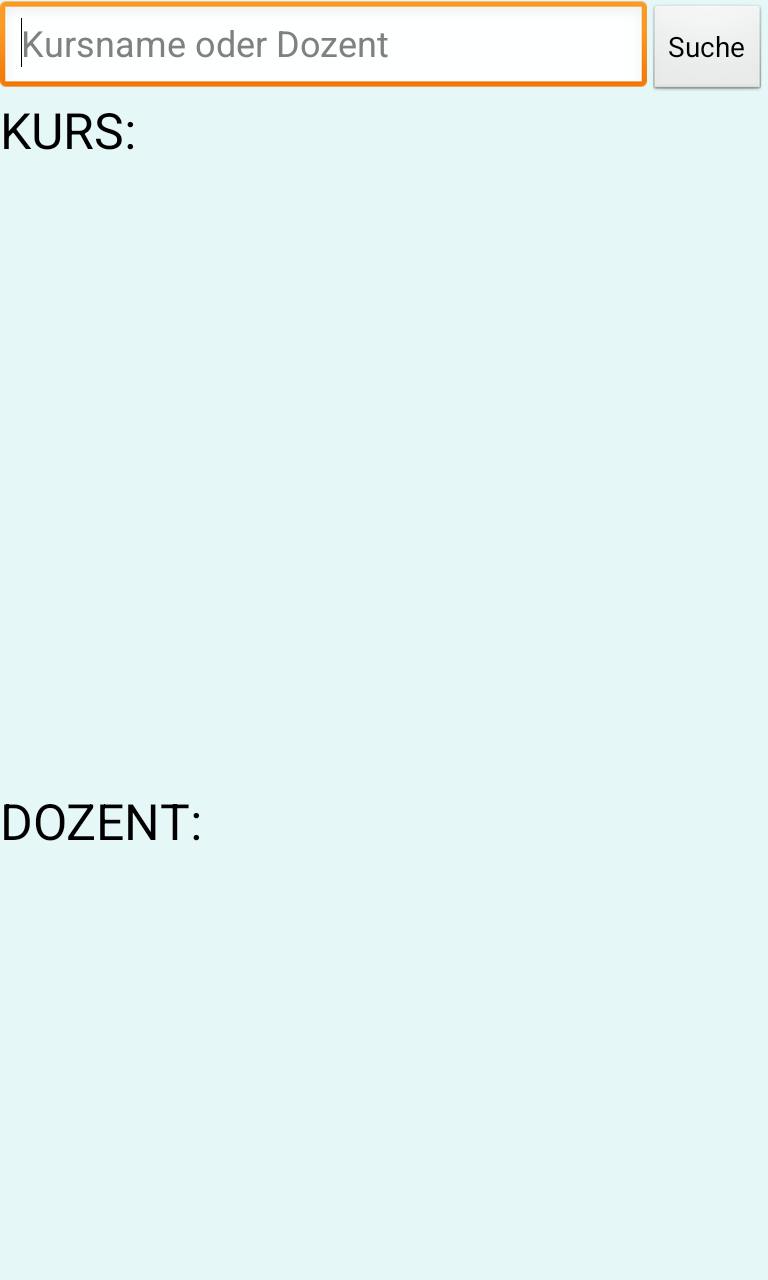
Repository: georgleber/IliConnect
Layout: IliConnect/res/layout/suche_layout.xml
These files come from the project's save history. The layout is drawn as it stood at one moment and after the next save; the edit follows.
It is drawn on a 768 x 1280 px phone screen (xhdpi) without system bars, with theme AppTheme; the app's code is not run. Lists and similar views that code fills are empty.

Above is the layout before, as saved 2012-12-18 22:31:29.

### IliConnect/res/layout/suche_layout.xml
<?xml version="1.0" encoding="utf-8"?>
<LinearLayout xmlns:android="http://schemas.android.com/apk/res/android"
    android:layout_width="match_parent"
    android:layout_height="match_parent"
    android:background="#E5F7F7"
    android:orientation="vertical">

    <LinearLayout
        android:layout_width="match_parent"
        android:layout_height="wrap_content" >

        <EditText
            android:id="@+id/editText1"
            android:layout_width="0dp"
            android:layout_height="wrap_content"
            android:layout_weight="1.51"
            android:ems="10"
            android:hint="@string/search_string"
            android:singleLine="true">

            <requestFocus />
        </EditText>

        <Button
            android:id="@+id/search_button"
            android:layout_width="wrap_content"
            android:layout_height="wrap_content"
            android:text="@string/searching_button" />
    </LinearLayout>

    <TextView
        android:id="@+id/kurs_label"
        android:layout_width="match_parent"
        android:layout_height="wrap_content"
        android:text="@string/kurs_suche"
        android:textAppearance="?android:attr/textAppearanceMedium"
        android:textSize="25sp" />

    <ListView
        android:id="@+id/kurs_list"
        style="@style/ListView"
        android:layout_width="fill_parent"
        android:layout_height="fill_parent"
        android:layout_weight="1"  >
    </ListView>

    <TextView
        android:id="@+id/dozent_suche_label"
        android:layout_width="wrap_content"
        android:layout_height="wrap_content"
        android:layout_marginTop="99dp"
        android:text="@string/Dozent_suche"
        android:textAppearance="?android:attr/textAppearanceMedium"
        android:textSize="25sp" />

<ListView
    android:id="@+id/dozent_list"
    style="@style/ListView"
    android:layout_weight="1"
    android:layout_width="fill_parent"
    android:layout_height="fill_parent" >
</ListView>



</LinearLayout>

### IliConnect/res/values/styles.xml
<resources xmlns:android="http://schemas.android.com/apk/res/android">

    <style name="AppTheme" parent="android:Theme.Light" />
    <style name="ListView">
        <item name="android:layout_width">fill_parent</item>
        <item name="android:layout_height">fill_parent</item>
        <item name="android:textColor">#000000</item>
        <item name="android:background">@color/mintFH</item>
        <item name="android:cacheColorHint">@color/mintFH</item>
        <item name="android:listSelector">@drawable/list_selector</item>
    </style>

</resources>

### IliConnect/res/values/strings.xml
<resources>

    <string name="app_name">IliConnect</string>
    <string name="hello_world">Hello world!</string>
    <string name="menu_settings">Settings</string>
    <string name="title_activity_main">IliConnect</string>
    <string name="passwort_label">"Passwort: "</string>
    <string name="Email_label">"ID: "</string>
    <string name="login_button">Login</string>
    <string name="passwort_hint">******</string>
    <string name="email_pre">userid</string>
    <string name="desc_logoright">FH-Aachen Logo</string>
	<string name="desc_head">Ilias Logo</string>
	<string name="logout">Logout</string>
	<string name="magazin">Magazin</string>
	<string name="uebersicht">Übersicht</string>
	<string name="account_logout">Logout</string>
	<string name="QR_Code">Scan QR Code</string>
	<string name="todo_liste">Todo Liste</string>
	<string name="Date">Montag 17.12.2012 Praktikum Fassbender</string>
	<string name="desc_seminar">Beschreibung:</string>
	<string name="desc_long">Dies ist ein Testseminar. Hier würde ihr Text stehen der das Seminar beschreibt.</string>
	<string name="search_string">Kursname oder Dozent</string>
	<string name="termine_string">Termine:</string>
	<string name="geaendertedateien_string">Geänderte Dateien:</string>
	<string name="qr_string">QR Scanner:</string>
	<string name="datum_praktikum">24.12.2012 Praktikum SWE</string>
	<string name="Testmessage">Testmeldung</string>
	<string name="stringurl">Url: </string>
	<string name="urlHint">www.ilias.de</string>
	<string name="logout_menu">Ausloggen</string>
	<string name="settings_menu">Einstellungen</string>
	<string name="sync_label">Synchronisation:</string>
	<string name="Sync_intervall">Intervall: </string>
	<string name="Wlan_snyc">"nur über Wlan: "</string>
	<string name="dates_sync">"Anzahl der Termine: "</string>
	<string name="Notifi_sync">"Benachrichtigungen: "</string>
	<string name="Warning_sync">"Warnung: "</string>
	<string name="Critical_sync">"Kritisch: "</string>
	<string name="sync_button">Synchronisieren</string>

	 <string-array name="array_intervall">
        <item>15 Min</item>
        <item>30 Min</item>
        <item>1 H</item>
        <item>2 H</item>
        <item>1 D</item>
    </string-array>
    <string-array name="array_termine">
        <item>1</item>
        <item>2</item>
        <item>3</item>
        <item>4</item>
        <item>5</item>
    </string-array>
    <string-array name="array_warnung">
        <item>3 D</item>
        <item>4 D</item>
        <item>5 D</item>
        <item>6 D</item>
    </string-array>
    <string-array name="array_Kritisch">
        <item>1 D</item>
        <item>2 D</item>
    </string-array>
        <string name="testdates">24.12.2012    16 Uhr</string>
        <string name="testpraktikum">Software Engineering Praktikum</string>
        <string name="testpraktikum2">25.12.2012    14 Uhr</string>
        <string name="testpraktikum3">Bildverarbeitung Praktikum</string>
        <string name="kurs_abmeldung">Abmelden</string>
        <string name="test_file">Aufgabe 1.pdf</string>
        <string name="kurs_suche">KURS:</string>
        <string name="Dozent_suche">DOZENT:</string>
        <string name="test_seminar">Physik</string>
        <string name="Join_kurs">Beitreten</string>
        <string name="dozent_fassbender">"Prof. Dr. rer. nat. Faßbender "</string>
        <string name="button_kurse">Kurse</string>
        <string name="searching_button">Suche</string>
        <string name="Kurs_default">Physik</string>

</resources>

### IliConnect/res/values/color.xml
<resources xmlns:android="http://schemas.android.com/apk/res/android">
    <color name="mintFH">#E5F7F7</color>
    <color name="darkmint">#00B1AC</color>
</resources>

### IliConnect/res/drawable/list_selector.xml
<?xml version="1.0" encoding="utf-8"?>
<selector xmlns:android="http://schemas.android.com/apk/res/android"
    android:background="#E5F7F7">
    <!-- touch down -->
    <item
        android:drawable="@drawable/list_selector_pressed"
        android:state_pressed="true"/>
    <!-- selected -->
    <item
        android:textColor="#000000"
        android:drawable="@drawable/list_selector_selected"
        android:state_selected="true"
        android:state_focused="false"
        android:state_pressed="false"/>
</selector>

### IliConnect/res/drawable/list_selector_pressed.xml
<?xml version="1.0" encoding="utf-8"?>
<layer-list xmlns:android="http://schemas.android.com/apk/res/android"
    android:background="#E5F7F7">
    <item>
        <shape android:shape="rectangle">
            <solid android:color="@color/darkmint"/>
            <size android:width="1dip"/>
            <size android:height="1dip"/>
        </shape>
    </item>
</layer-list>

### IliConnect/res/drawable/list_selector_selected.xml
<?xml version="1.0" encoding="utf-8"?>
<layer-list xmlns:android="http://schemas.android.com/apk/res/android"
    android:background="#E5F7F7">
    <item>
        <shape android:shape="rectangle">
            <solid android:color="@color/darkmint"/>
            <size android:width="1dip"/>
            <size android:height="1dip"/>
        </shape>
    </item>
</layer-list>

After the next save:
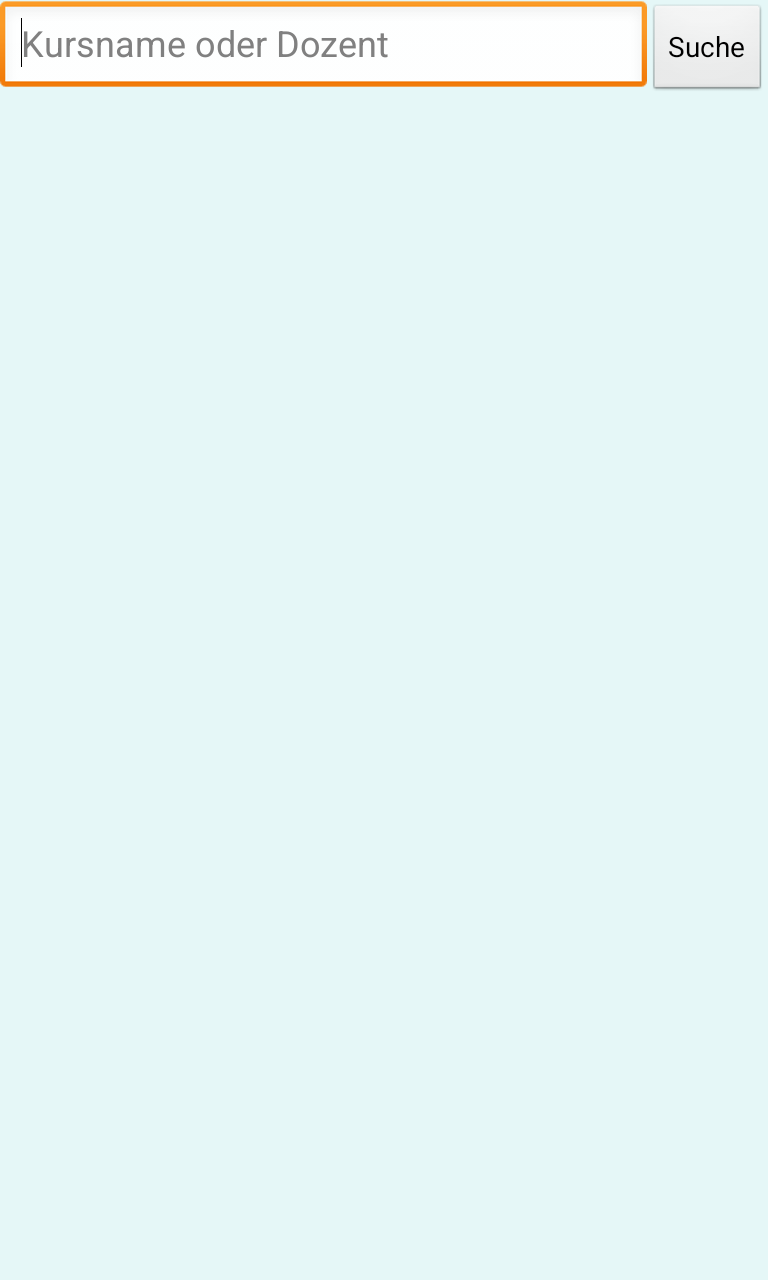
Saved 5 min 15 s later.
--- a/IliConnect/res/layout/suche_layout.xml
+++ b/IliConnect/res/layout/suche_layout.xml
@@ -28,38 +28,44 @@
             android:text="@string/searching_button" />
     </LinearLayout>
 
-    <TextView
-        android:id="@+id/kurs_label"
+    <RelativeLayout
         android:layout_width="match_parent"
-        android:layout_height="wrap_content"
-        android:text="@string/kurs_suche"
-        android:textAppearance="?android:attr/textAppearanceMedium"
-        android:textSize="25sp" />
+        android:layout_height="wrap_content" >
 
-    <ListView
-        android:id="@+id/kurs_list"
-        style="@style/ListView"
-        android:layout_width="fill_parent"
-        android:layout_height="fill_parent"
-        android:layout_weight="1"  >
-    </ListView>
+        <TextView
+            android:id="@+id/kurs_label"
+            android:layout_width="match_parent"
+            android:layout_height="wrap_content"
+            android:text="@string/kurs_suche"
+            android:textAppearance="?android:attr/textAppearanceMedium"
+            android:textSize="25sp" />
 
-    <TextView
-        android:id="@+id/dozent_suche_label"
-        android:layout_width="wrap_content"
-        android:layout_height="wrap_content"
-        android:layout_marginTop="99dp"
-        android:text="@string/Dozent_suche"
-        android:textAppearance="?android:attr/textAppearanceMedium"
-        android:textSize="25sp" />
+        <ListView
+            android:id="@+id/kurs_list"
+            style="@style/ListView"
+            android:layout_width="fill_parent"
+            android:layout_height="fill_parent"
+            android:layout_weight="0.5" >
+        </ListView>
 
-<ListView
-    android:id="@+id/dozent_list"
-    style="@style/ListView"
-    android:layout_weight="1"
-    android:layout_width="fill_parent"
-    android:layout_height="fill_parent" >
-</ListView>
+        <TextView
+            android:id="@+id/dozent_suche_label"
+            android:layout_width="wrap_content"
+            android:layout_height="wrap_content"
+            android:layout_marginTop="99dp"
+            android:text="@string/Dozent_suche"
+            android:textAppearance="?android:attr/textAppearanceMedium"
+            android:textSize="25sp" />
+
+        <ListView
+            android:id="@+id/dozent_list"
+            style="@style/ListView"
+            android:layout_width="fill_parent"
+            android:layout_height="fill_parent"
+            android:layout_weight="1" >
+        </ListView>
+
+    </RelativeLayout>
 
 
 
